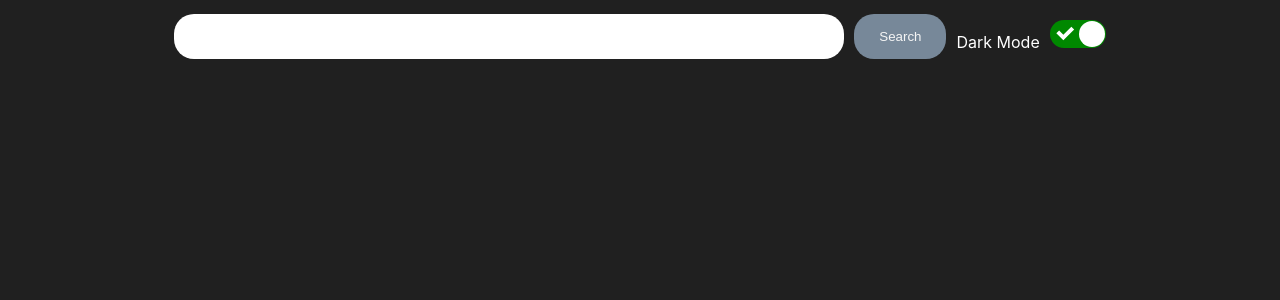
Repository: HunterX-21/Recipe-webApp
Page: /
The author's editor kept a copy of each file at every save. The page is drawn from the files as they stood at one save, then again after the next save.
The browser window is 1280 px wide. The pictures show the whole page.
The page's requests for data from a server got no answer. The project was rebuilt for these pictures with package versions that can differ from the ones it lists, and the page was loaded fresh each time. No one was signed in, and anything a server would have sent is missing. Also part of the build but not shown: src/recipe.module.css, src/Recipes.js.

Above is the page before, as saved 2022-07-07 19:32:02.

### public/index.html
<!DOCTYPE html>
<html lang="en">
  <head>
    <meta charset="utf-8" />
    <link rel="icon" href="%PUBLIC_URL%/favicon.ico" />
    <meta name="viewport" content="width=device-width, initial-scale=1" />
    <meta name="theme-color" content="#000000" />
    <meta
      name="description"
      content="Web site created using create-react-app"
    />
    <link rel="apple-touch-icon" href="%PUBLIC_URL%/logo192.png" />
    <!--
      manifest.json provides metadata used when your web app is installed on a
      user's mobile device or desktop. See https://developers.google.com/web/fundamentals/web-app-manifest/
    -->
    <link rel="manifest" href="%PUBLIC_URL%/manifest.json" />
    <!--
      Notice the use of %PUBLIC_URL% in the tags above.
      It will be replaced with the URL of the `public` folder during the build.
      Only files inside the `public` folder can be referenced from the HTML.

      Unlike "/favicon.ico" or "favicon.ico", "%PUBLIC_URL%/favicon.ico" will
      work correctly both with client-side routing and a non-root public URL.
      Learn how to configure a non-root public URL by running `npm run build`.
    -->
    <title>Recify</title>
  </head>
  <body>
    <noscript>You need to enable JavaScript to run this app.</noscript>
    <div id="root"></div>
    <!--
      This HTML file is a template.
      If you open it directly in the browser, you will see an empty page.

      You can add webfonts, meta tags, or analytics to this file.
      The build step will place the bundled scripts into the <body> tag.

      To begin the development, run `npm start` or `yarn start`.
      To create a production bundle, use `npm run build` or `yarn build`.
    -->
  </body>
</html>

### src/App.js
import "./App.css";
import { createContext, useEffect, useState } from "react";
import Recipe from "./Recipes";
import React from "react";
import ReactSwitch from "react-switch";

export const ThemeContext = createContext(null);

const App = () => {
  const APP_ID = "6b1c144c";
  const APP_KEY = "458cc45743dd5428f00b4794732fbd3e";

  const [recipes, setRecipes] = useState([]);
  const [search, setSearch] = useState("");
  const [query, setquery] = useState("chicken");

  useEffect(() => {
    getRecipes();
  }, [query]);

  const getRecipes = async () => {
    const response = await fetch(
      `https://api.edamam.com/search?q=${query}&app_id=${APP_ID}&app_key=${APP_KEY}`
    );
    const data = await response.json();
    setRecipes(data.hits);
    console.log(data.hits);
  };

  const updateSearch = (e) => {
    setSearch(e.target.value);
    console.log(search);
  };

  const getSearch = (e) => {
    e.preventDefault();
    setquery(search);
    setSearch("");
  };

  const [theme, setTheme] = useState("dark");

  const toggleTheme = () => {
    setTheme((curr) => (curr === "light" ? "dark" : "light"));
  };
  return (
    <ThemeContext.Provider value={{ theme, toggleTheme }}>
      <div className="body" id={theme}>
        <header></header>

        <form onSubmit={getSearch} className="search-form">
          <input
            className="search-bar"
            type="text"
            value={search}
            onChange={updateSearch}
          />
          <button className="search-button" type="submit">
            Search
          </button>
          <div className="switch">
            <label>{theme === "light" ? "Light Mode" : "Dark Mode"}</label>
            <ReactSwitch onChange={toggleTheme} checked={theme === "dark"} />
          </div>
        </form>
        <div className="recipes">
          {recipes.map((recipe) => (
            <Recipe
              key={recipe.recipe.label}
              title={recipe.recipe.label}
              calories={recipe.recipe.calories}
              image={recipe.recipe.image}
              ingredients={recipe.recipe.ingredients}
            />
          ))}
        </div>
      </div>
    </ThemeContext.Provider>
  );
};

export default App;

### src/App.css
.body {
  min-height: 100vh;
  color: #1a202c;
  transition: color 0.2s ease-in;
}
#light {
  background-color: #f3ebf6;
}

#dark {
  background-color: #202020;
  color: white;
}

#light .main {
  background-color: #fff;
}

#dark .main {
  background-color: #202020;
  color: white;
}

switch {
  display: flex;
  width: 100vw;
  height: 100px;
  justify-content: center;
  align-items: center;
}

.switch label {
  margin: 10px;
}

#light .switch label {
  color: black;
}

#dark .switch label {
  color: white;
}

.search-form {
  min-height: 10vh;
  display: flex;
  justify-content: center;
  align-items: center;
}
.search-bar {
  width: 50%;
  border: none;
  padding: 15px;
  border-radius: 20px;
}
.search-button {
  background: lightslategrey;
  border: none;
  padding: 15px 25px;
  color: whitesmoke;
  border-radius: 20px;
  margin-left: 10px;
}
.recipes {
  display: flex;
  justify-content: space-around;
  flex-wrap: wrap;
}
header {
  position: absolute;
}

Loaded but not shown: src/index.js (common file); src/index.css (common file); src/reportWebVitals.js (common file)

After the next save:
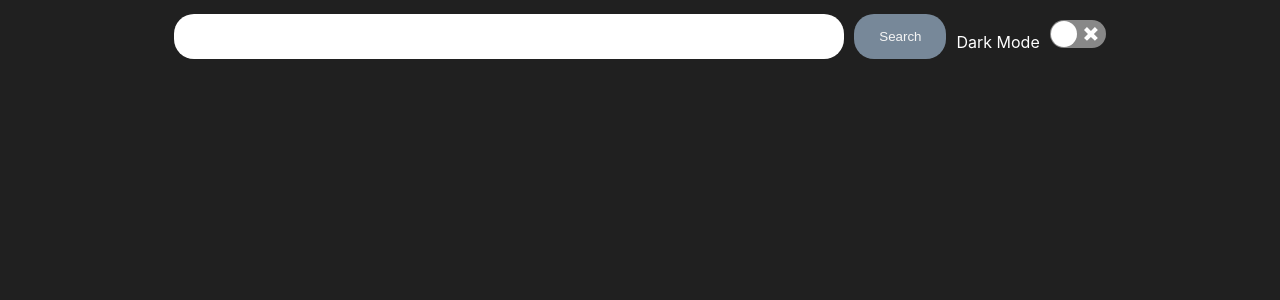
Saved 114 s later.
--- a/src/App.js
+++ b/src/App.js
@@ -60,7 +60,7 @@
           </button>
           <div className="switch">
             <label>{theme === "light" ? "Light Mode" : "Dark Mode"}</label>
-            <ReactSwitch onChange={toggleTheme} checked={theme === "dark"} />
+            <ReactSwitch onChange={toggleTheme} />
           </div>
         </form>
         <div className="recipes">

After the save that followed:
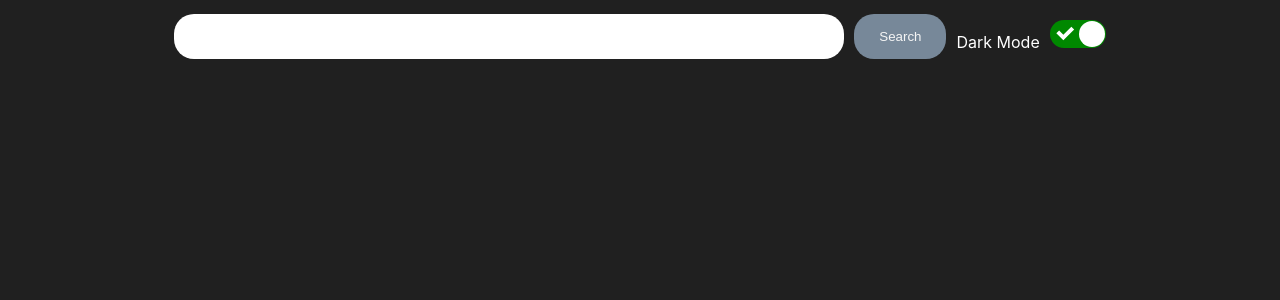
Saved 11 s later.
--- a/src/App.js
+++ b/src/App.js
@@ -60,7 +60,7 @@
           </button>
           <div className="switch">
             <label>{theme === "light" ? "Light Mode" : "Dark Mode"}</label>
-            <ReactSwitch onChange={toggleTheme} />
+            <ReactSwitch onChange={toggleTheme} checked={theme === "dark"} />
           </div>
         </form>
         <div className="recipes">
